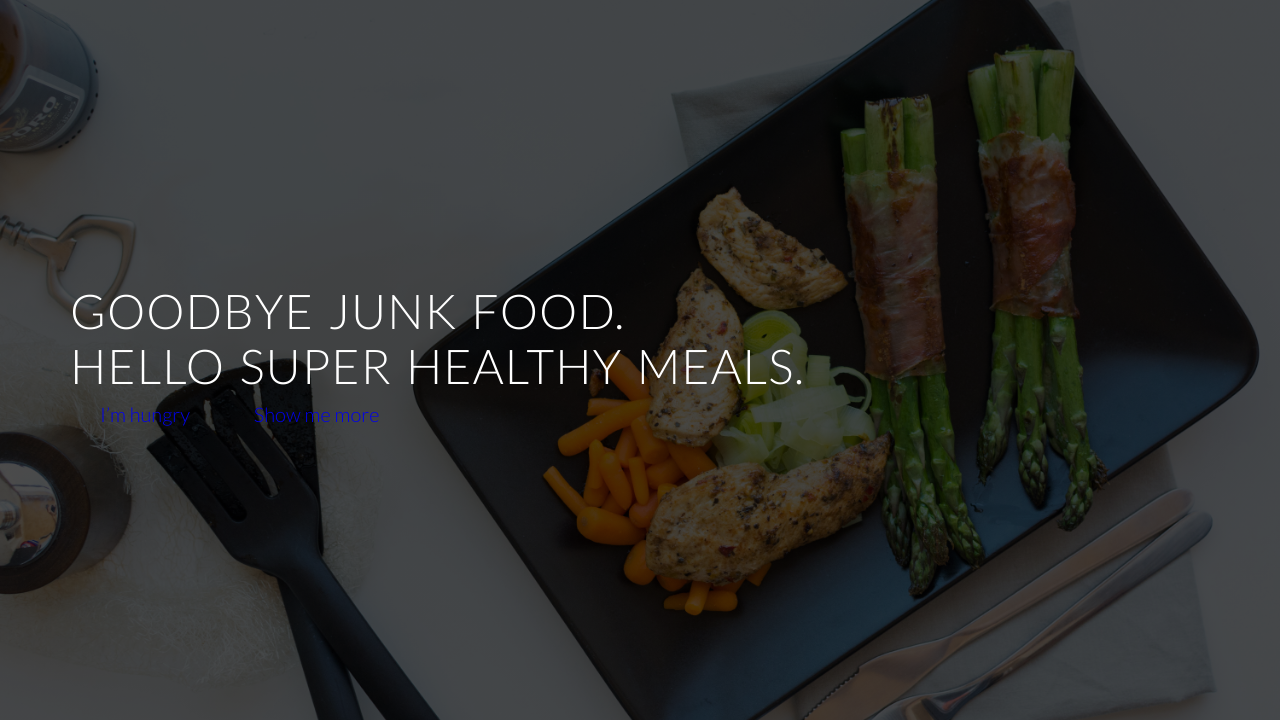
Repository: MalgorzataMazur/Omnifood
Page: index.html
The author's editor kept a copy of each file at every save. The page is drawn from the files as they stood at one save, then again after the next save.
The browser window is 1280 px wide. The pictures show the whole page.

Above is the page before, as saved 2019-10-23 20:55:54.

After the next save:
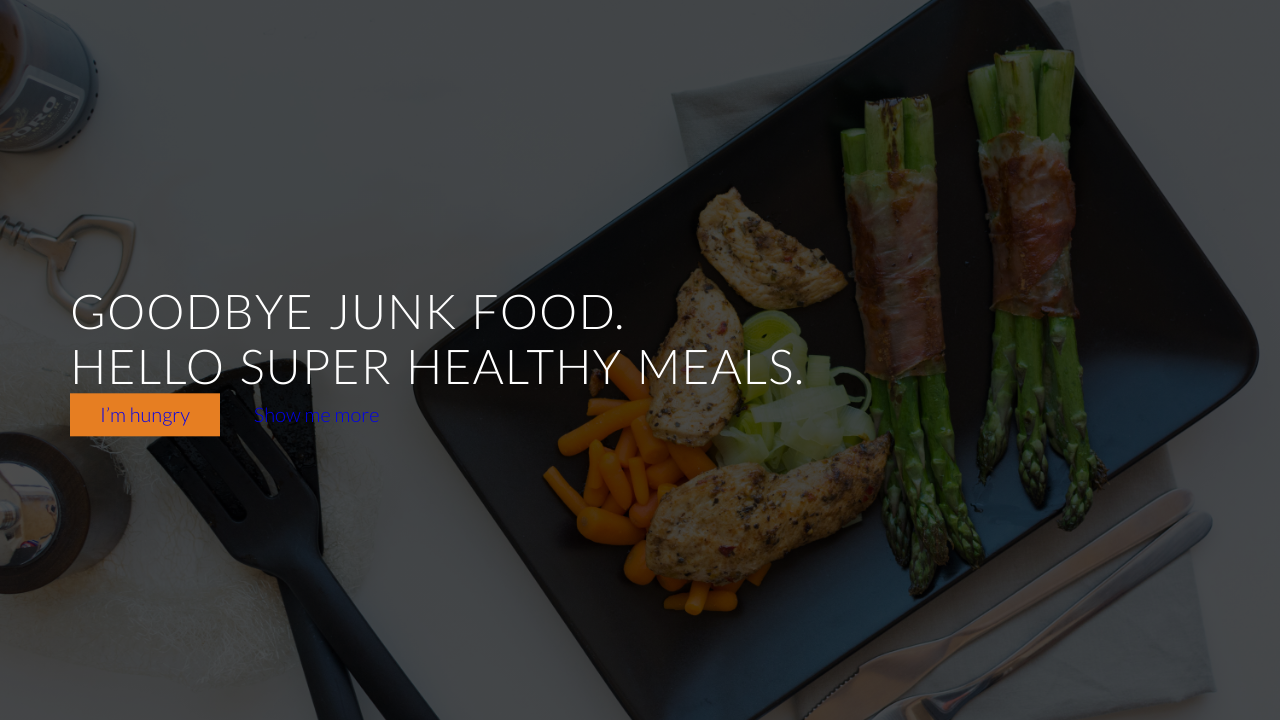
Saved 32 s later.
--- a/resources/css/style.css
+++ b/resources/css/style.css
@@ -50,5 +50,5 @@ h1 {
 }
 
 .btn-full {
-    background-color: ;
+    background-color: #e67e22;
 }
